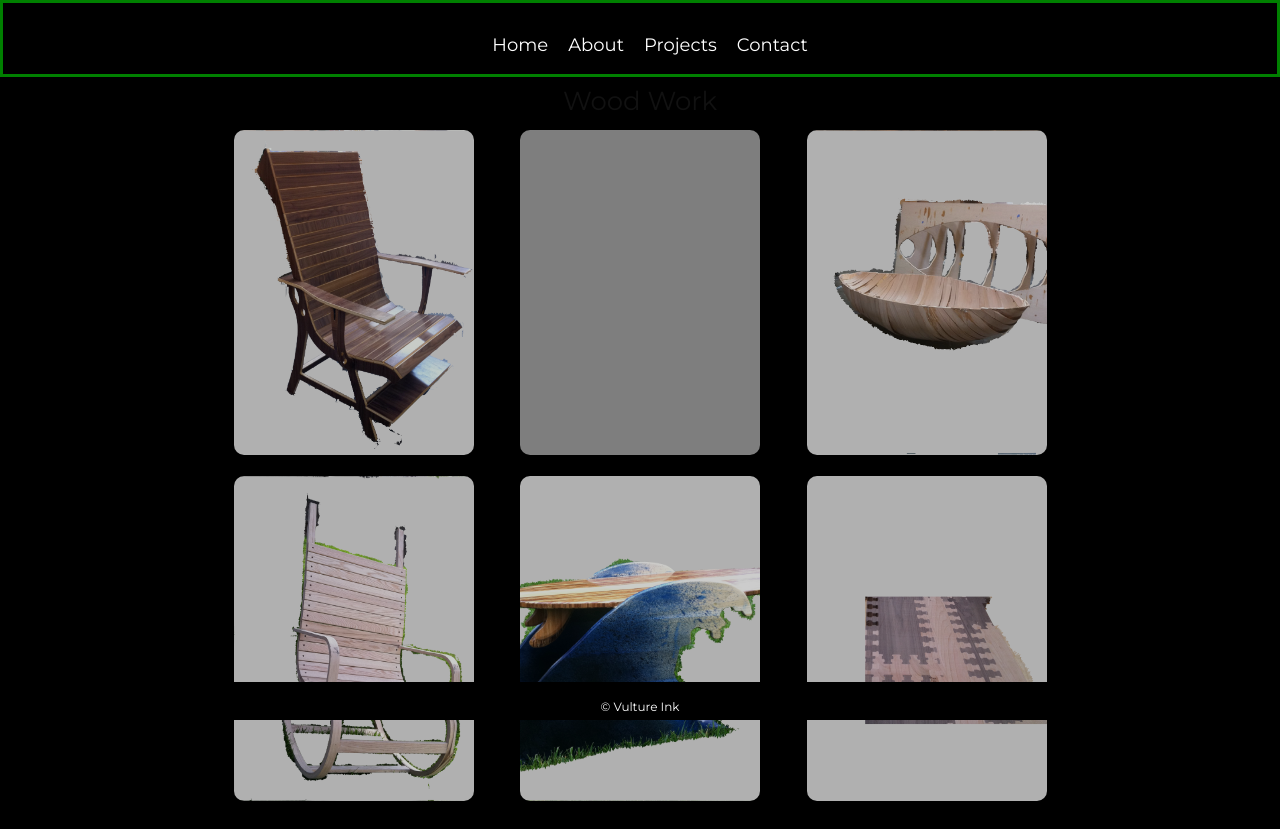
Repository: kaitlynMidori/anon_ink
Page: pages/Projects.html
These files come from the project's save history. The page is drawn as it stood at one moment and after the next save; the edit follows.
The browser window is 1280 px wide. The pictures show the whole page.
Pictures or frames that could not be fetched are drawn as grey boxes. Some web libraries are served in a nearby version.

Above is the page before, as saved 2021-09-08 18:15:16.

After the next save:
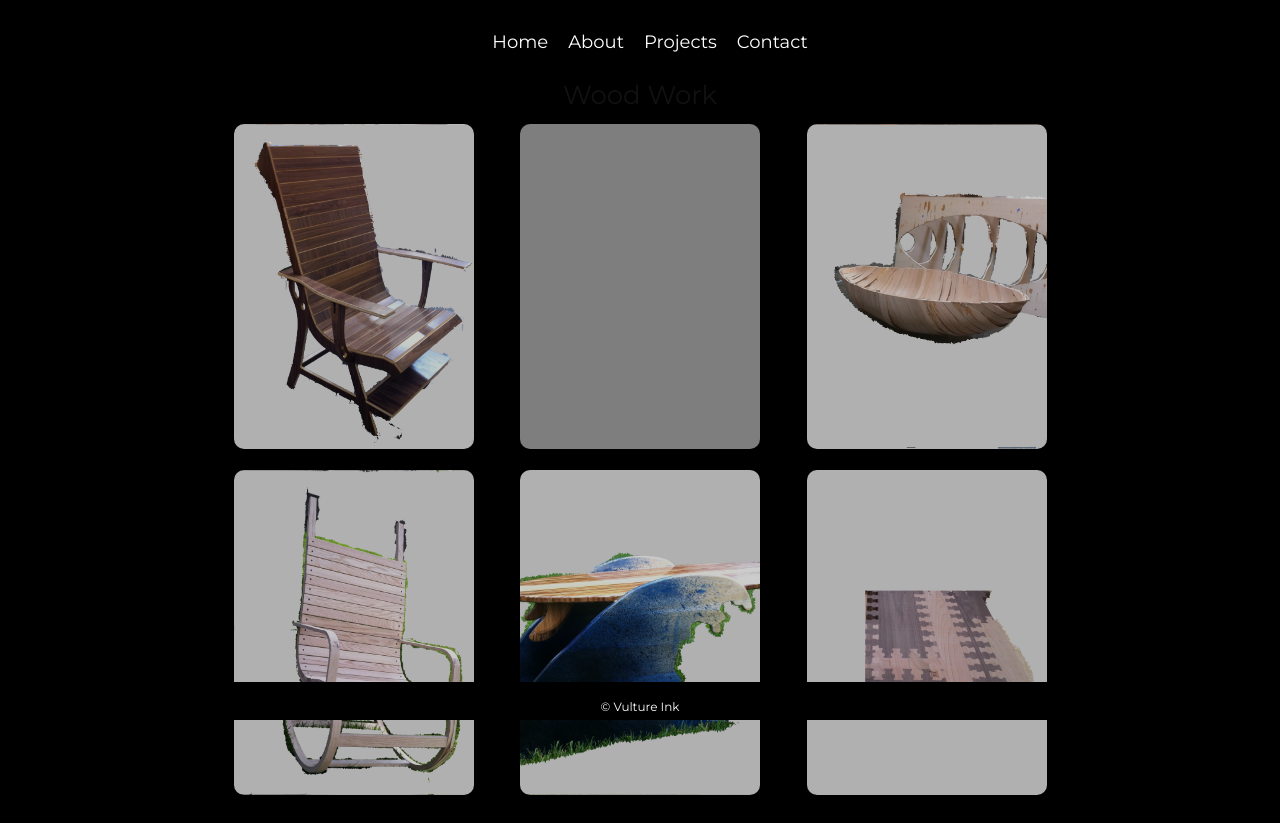
Saved 9 s later.
--- a/style.css
+++ b/style.css
@@ -40,7 +40,7 @@ body {
     font-size: 18px;
     background-color: black;
     margin: 0;
-    border: solid green;
+    /* border: solid green; */
   }
 
   main {
